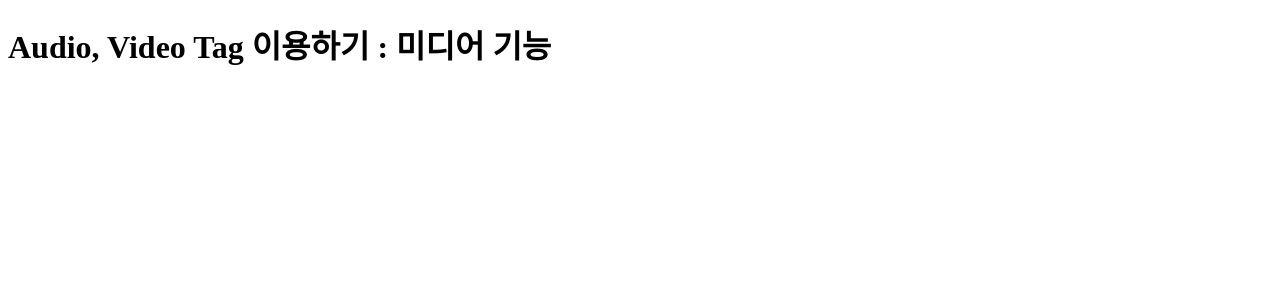
Repository: daeun0220/KB_EDU_JAVA
Page: work03_FrontUI/front01_HTML5/src/main/webapp/html06_media.html
The author's editor kept a copy of each file at every save. The page is drawn from the files as they stood at one save, then again after the next save.
The browser window is 1280 px wide. The pictures show the whole page.

Above is the page before, as saved 2023-08-07 06:51:49.

### work03_FrontUI/front01_HTML5/src/main/webapp/html06_media.html
<!DOCTYPE html>
<html>
<head>
<meta charset="UTF-8">
<title>Insert title here</title>
</head>
<body>
<div id="wrap">
	<h1>Audio, Video Tag 이용하기 : 미디어 기능</h1>
	<audio src="./media/Kalimba.mp3"></audio>

</div>
</body>
</html>

After the next save:
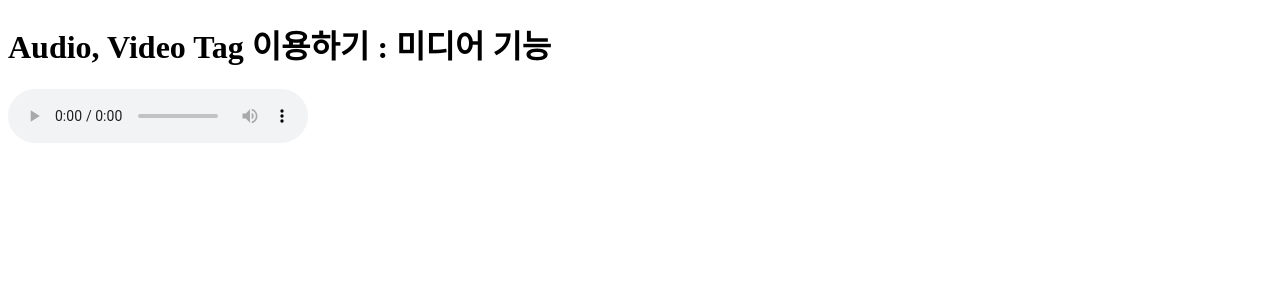
Saved 3 min 49 s later.
--- a/work03_FrontUI/front01_HTML5/src/main/webapp/html06_media.html
+++ b/work03_FrontUI/front01_HTML5/src/main/webapp/html06_media.html
@@ -7,7 +7,7 @@
 <body>
 <div id="wrap">
 	<h1>Audio, Video Tag 이용하기 : 미디어 기능</h1>
-	<audio src="./media/Kalimba.mp3"></audio>
+	<audio src="./media/Kalimba.mp3" controls="controls"></audio>
 
 </div>
 </body>
